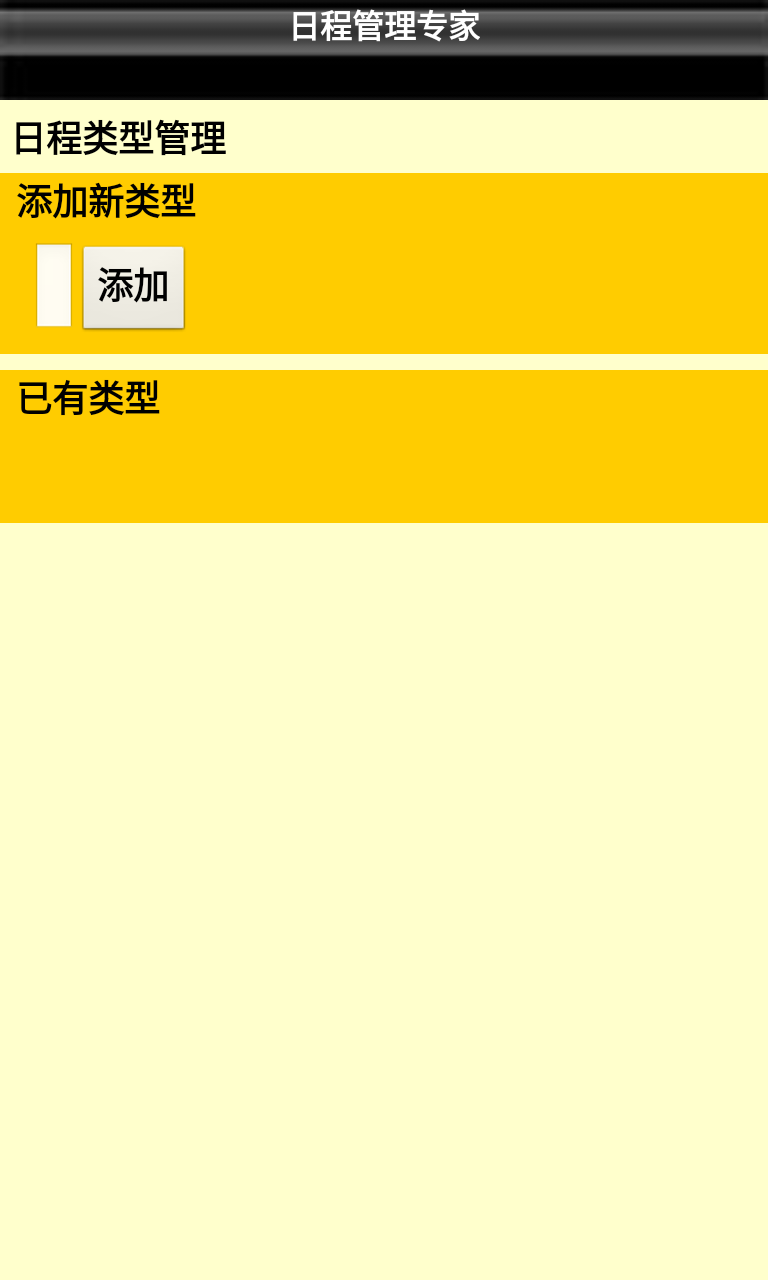
Repository: gogolaile/CoolWeather
Layout: DayDel/res/layout/add.xml
The author's editor kept a copy of each file at every save. The layout is drawn from the files as they stood at one save, then again after the next save.
It is drawn on a 768 x 1280 px phone screen (xhdpi) without system bars, with theme android:Theme.NoTitleBar.Fullscreen; the app's code is not run. Lists and similar views that code fills are empty.

Above is the layout before, as saved 2015-12-05 10:07:32.

After the next save:
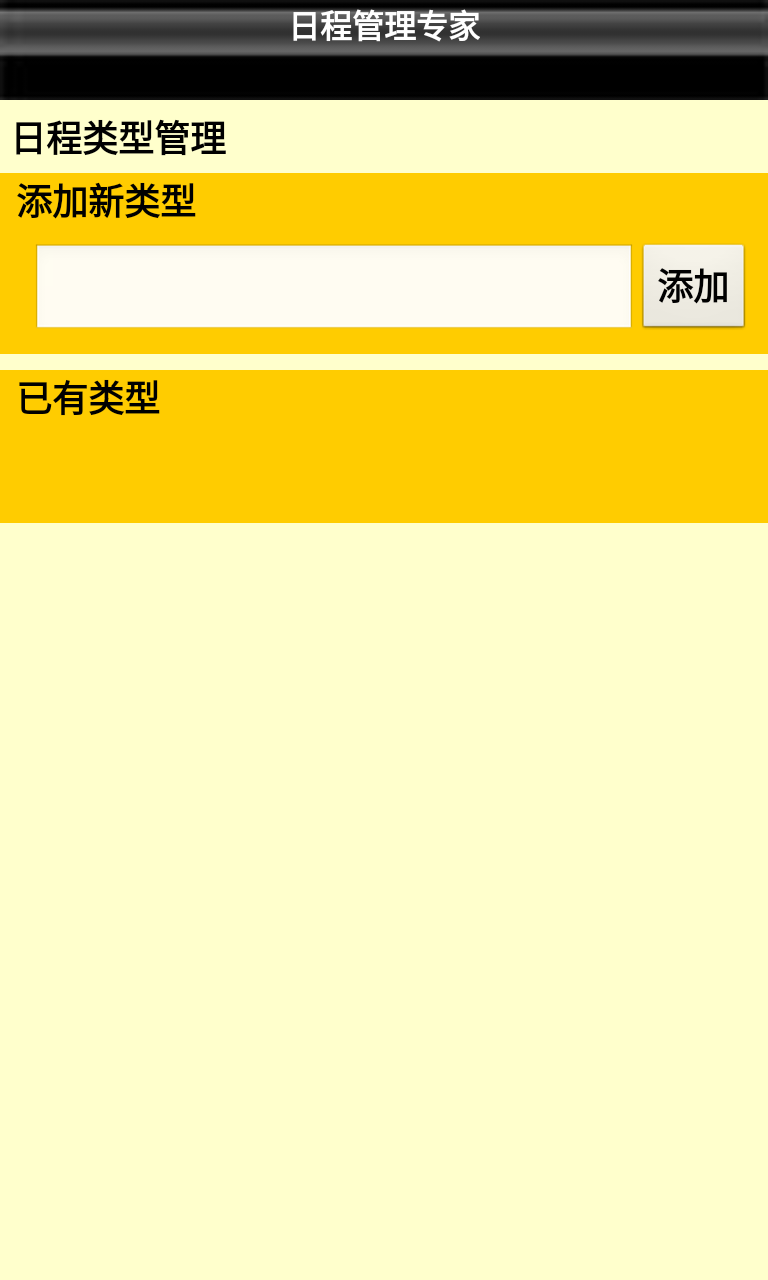
Saved 32 s later.
--- a/DayDel/res/layout/add.xml
+++ b/DayDel/res/layout/add.xml
@@ -44,7 +44,8 @@
                       android:layout_width="match_parent"
                       android:layout_height="wrap_content"
                       android:layout_margin="8dp"
-                      android:orientation="horizontal">
+                      android:stretchColumns="0"
+                      >
                   <TableRow>
                     <EditText
                         android:id="@+id/add_type_edit"
@@ -61,9 +62,7 @@
                         android:text="@string/add"
                         android:textColor="#000"
                         android:textStyle="bold"
-                        android:textSize="18sp"
-                        android:gravity="left"
-                      />
+                        android:textSize="18sp"/>
               </TableRow>
               </TableLayout>
      </LinearLayout>
